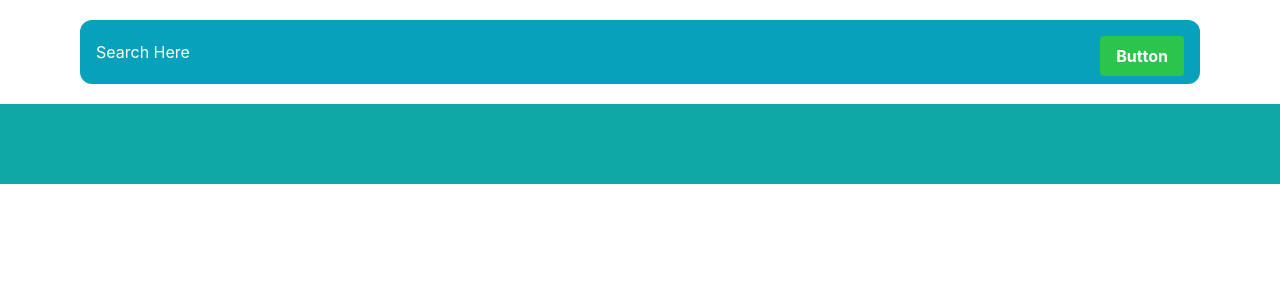
Repository: arafatmollah/pharma
Page: /
An editor plug-in stored every save of this project. The page is shown before and after a run of saves, followed by the edit.
The browser window is 1280 px wide. The pictures show the whole page.
The project was rebuilt for these pictures with package versions that can differ from the ones it lists, and the page was loaded fresh each time.

Above is the page before, as saved 2023-03-12 01:13:23.

After the next 2 saves:
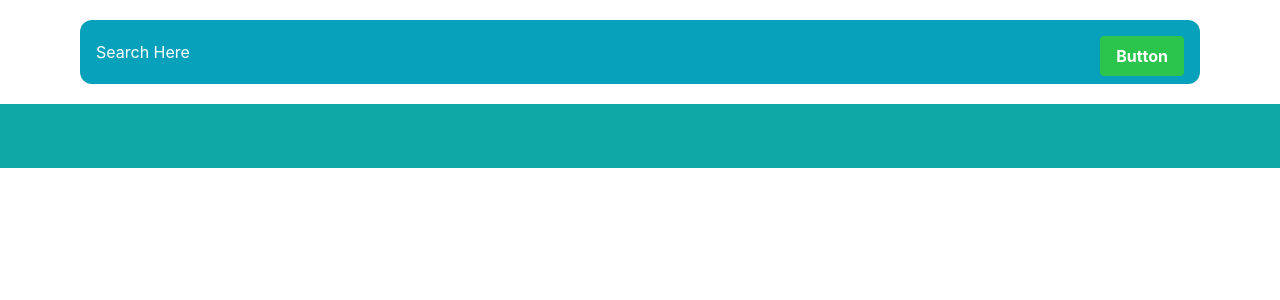
The 2 saves are shown as one change because they came seconds apart.
The last was saved 9 s later.
--- a/src/Nav.js
+++ b/src/Nav.js
@@ -10,7 +10,7 @@ function Nav() {
                 <button class="btn mb-1"> Button</button>
           </div>
         </div>
-        <div className='box-border h-20 w-100 nav'>
+        <div className='box-border h-16 w-100 nav'>
 
         </div>
     </div>
